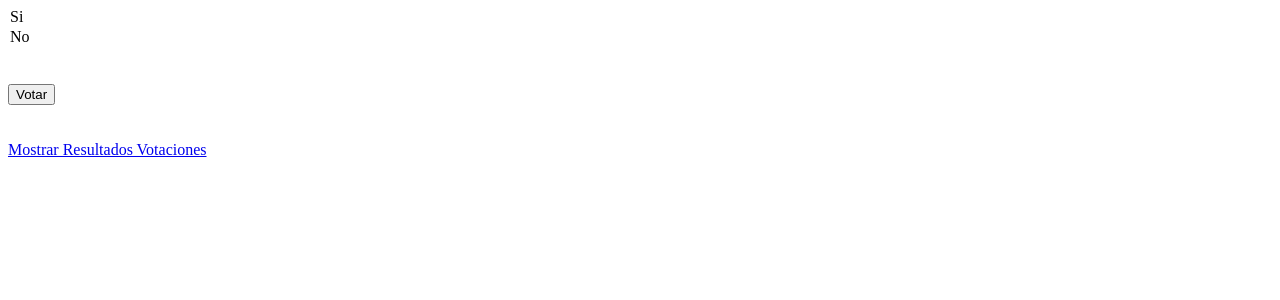
Repository: angegon/Developing-Applications-for-the-Java-EE-Platform
Page: javaee/19_votaciones/WebContent/votacion.html
The author's editor kept a copy of each file at every save. The page is drawn from the files as they stood at one save, then again after the next save.
The browser window is 1280 px wide. The pictures show the whole page.

Above is the page before, as saved 2016-12-22 19:28:10.

### javaee/19_votaciones/WebContent/votacion.html
<!DOCTYPE html>
<html>
<head>
<meta charset="ISO-8859-1">
<title>Insert title here</title>
</head>
<body>

	<form action="votar" method="post">
		<radiobutton name="votacion">
			<option value="1">Si</option>
			<option value="0">No</option>
		</radiobutton> </br>
		</br> <input type="submit" value="Votar" />
	</form>
	</br>
	</br>
	<a href="resultados.jsp">Mostrar Resultados Votaciones</a>
</body>
</html>

After the next save:
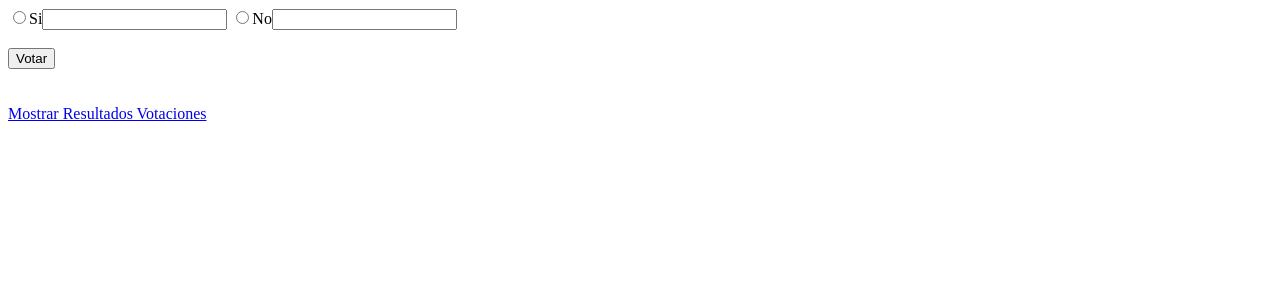
Saved 75 s later.
--- a/javaee/19_votaciones/WebContent/votacion.html
+++ b/javaee/19_votaciones/WebContent/votacion.html
@@ -7,10 +7,10 @@
 <body>
 
 	<form action="votar" method="post">
-		<radiobutton name="votacion">
-			<option value="1">Si</option>
-			<option value="0">No</option>
-		</radiobutton> </br>
+
+<input type="radio" name="votacion" value="1">Si<input>
+<input type="radio" name="votacion" value="0">No<input>
+		<br>
 		</br> <input type="submit" value="Votar" />
 	</form>
 	</br>
